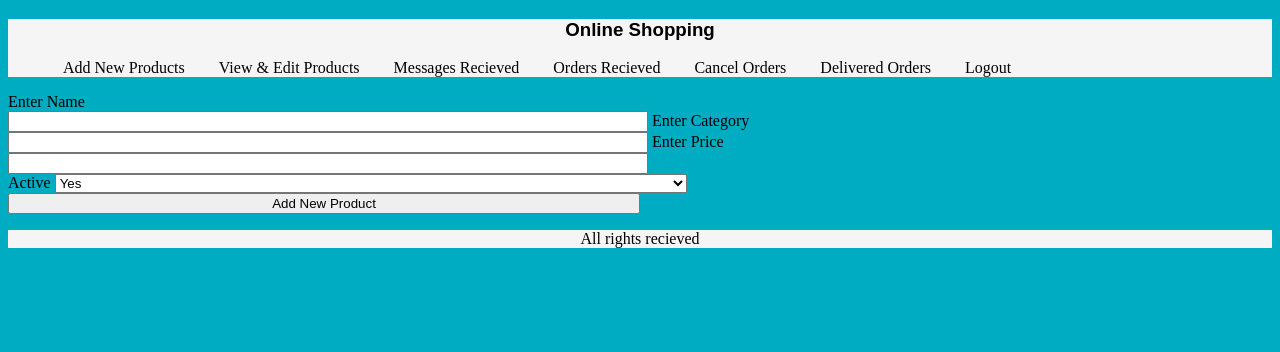
Repository: NidhiDaniel/E-Cart
Page: http://localhost/Online-Shopping-Cart/admin/addproduct.jsp
An editor plug-in stored every save of this project. The page is shown before and after the next save, followed by the edit.
The browser window is 1280 px wide. The pictures show the whole page.
The page is served by Tomcat 9.

Above is the page before, as saved 2024-01-05 10:34:44.

After the next save:
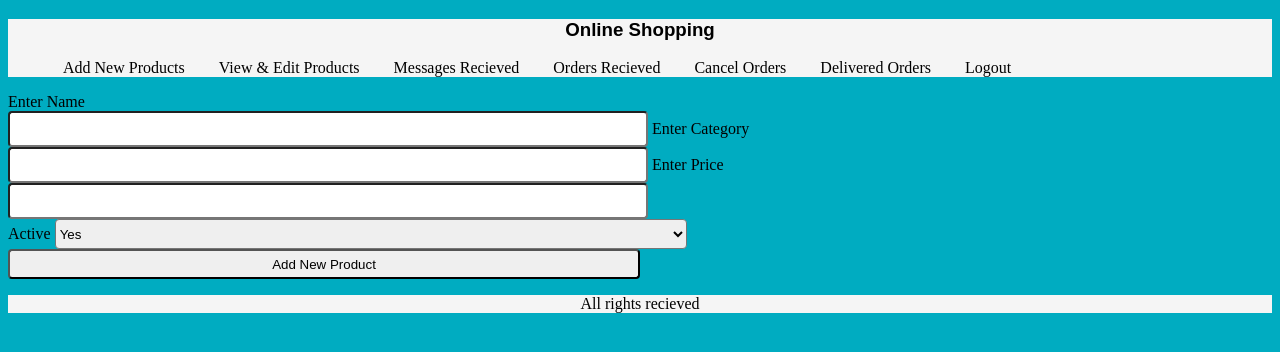
Saved 77 s later.
--- a/Online-Shopping-Cart/src/main/webapp/css/admin-product.css
+++ b/Online-Shopping-Cart/src/main/webapp/css/admin-product.css
@@ -4,5 +4,6 @@
 }
 .product-form input,select{
 	width:50%;
-
+	height: 30px;
+	border-radius:4px;
 }
